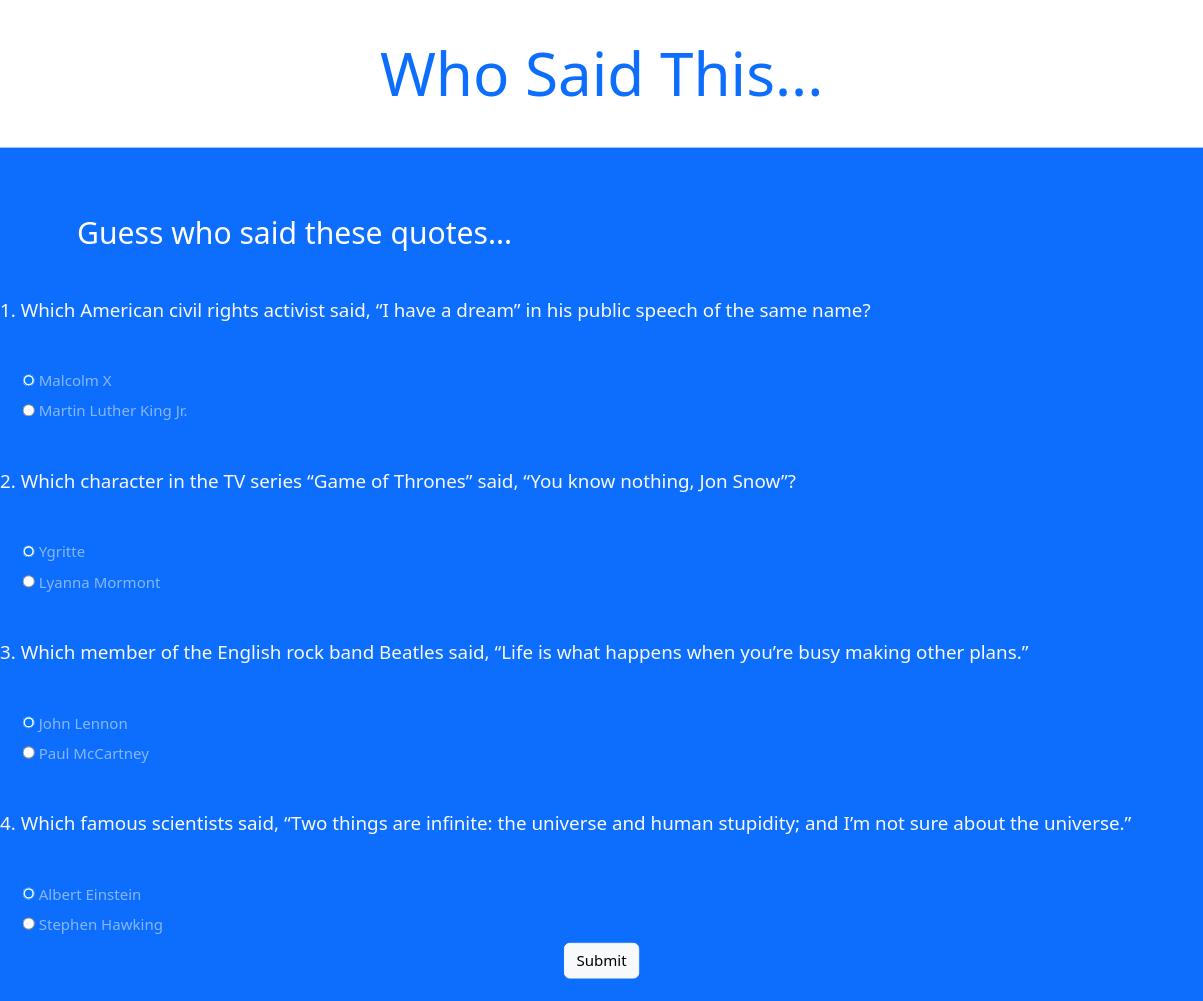
Repository: julihocc/netninja-quiz
Page: index.html
An editor plug-in stored every save of this project. The page is shown before and after a run of saves, followed by the edit.
The browser window is 1280 px wide. The pictures show the whole page, at 94% of full size.

Above is the page before, as saved 2022-09-27 19:39:27.

### index.html
<!DOCTYPE html>
<html lang="en">

<head>
    <meta charset="UTF-8">
    <meta http-equiv="X-UA-Compatible" content="IE=edge">
    <meta name="viewport" content="width=device-width, initial-scale=1.0">

    <!-- CSS only -->
    <link href="https://cdn.jsdelivr.net/npm/bootstrap@5.2.1/dist/css/bootstrap.min.css" rel="stylesheet"
        integrity="sha384-iYQeCzEYFbKjA/T2uDLTpkwGzCiq6soy8tYaI1GyVh/UjpbCx/TYkiZhlZB6+fzT" crossorigin="anonymous">

    <title>Who Said It...</title>
</head>

<body>

    <div class="intro py-3 bg-white text-center">
        <div class="container">
            <h2 class="text-primary display-3 my-4">
                Who Said This...
            </h2>
        </div>
    </div>

    <div class="quiz py-4 bg-primary">
        <div class="container lead">
            <h2 class="my-5 text-white">
                Guess who said these quotes...
            </h2>
        </div>


        <form class="text-light" id="quiz-form">

            <!-- question #1 -->
            <div class="my-5">
                <p class="lead font-weight-normal">
                    1. Which American civil rights activist said, “I have a dream” in his public speech of the same
                    name?
                </p>
            </div>
            <div class="form-check my-2 text-white-50" >
                <input type="radio" name="q1" value="A" id="q11" checked> <label class="form-check-label" for="q11">Malcolm X</label>
            </div>
            <div class="form-check my-2 text-white-50">
                <input type="radio" name="q1" value="B" id="q12"> <label class="form-check-label" for="q12">Martin Luther King Jr.</label>
            </div>

            <!-- question #2 -->
            <div class="my-5">
                <p class="lead font-weight-normal">
                    2. Which character in the TV series “Game of Thrones” said,
                            “You know nothing, Jon Snow”?
                </p>
            </div>
            <div class="form-check my-2 text-white-50">
                <input type="radio" name="q2" value="A" checked> <label class="form-check-label">Ygritte</label>
            </div>
            <div class="form-check my-2 text-white-50">
                <input type="radio" name="q2" value="B"> <label class="form-check-label">Lyanna Mormont</label>
            </div>

            <!-- question #3 -->
            <div class="my-5">
                <p class="lead font-weight-normal"> 3. Which member of the English rock band Beatles said, “Life
                    is what happens when you’re busy making other plans.”
                </p>
            </div>
            <div class="form-check my-2 text-white-50">
                <input type="radio" name="q3" value="A" checked> <label class="form-check-label">  John Lennon</label>
            </div>
            <div class="form-check my-2 text-white-50">
                <input type="radio" name="q3" value="B"> <label class="form-check-label">  Paul McCartney</label>
            </div>

            <!-- question #4 -->
            <div class="my-5">
                <p class="lead font-weight-normal"> 4. Which famous scientists said, “Two things are infinite:
                    the universe and human stupidity; and I’m not sure about the universe.”
                </p>
            </div>
            <div class="form-check my-2 text-white-50">
                <input type="radio" name="q4" value="A" checked> <label class="form-check-label">  Albert Einstein</label>
            </div>
            <div class="form-check my-2 text-white-50">
                <input type="radio" name="q4" value="B"> <label class="form-check-label">   Stephen Hawking</label>
            </div>

            <div class="text-center">
                <input type="submit" class="btn btn-light">
            </div>

        </form>

    </div>

    <script src="app.js"></script>
</body>

</html>

### app.js
const correctAnswers = ['B', 'A', 'A', 'A'];

const form = document.getElementById('quiz-form');

form.addEventListener('submit', e => {

    e.preventDefault() ;

    let score = 0;

    const userAnswers = [form.q1.value, form.q2.value, form.q3.value, form.q4.value]

    userAnswers.forEach((answer, index) => {
        if(answer === correctAnswers[index]){
            score += 25;
        }
    })

    console.log(score);

})

After the next 3 saves:
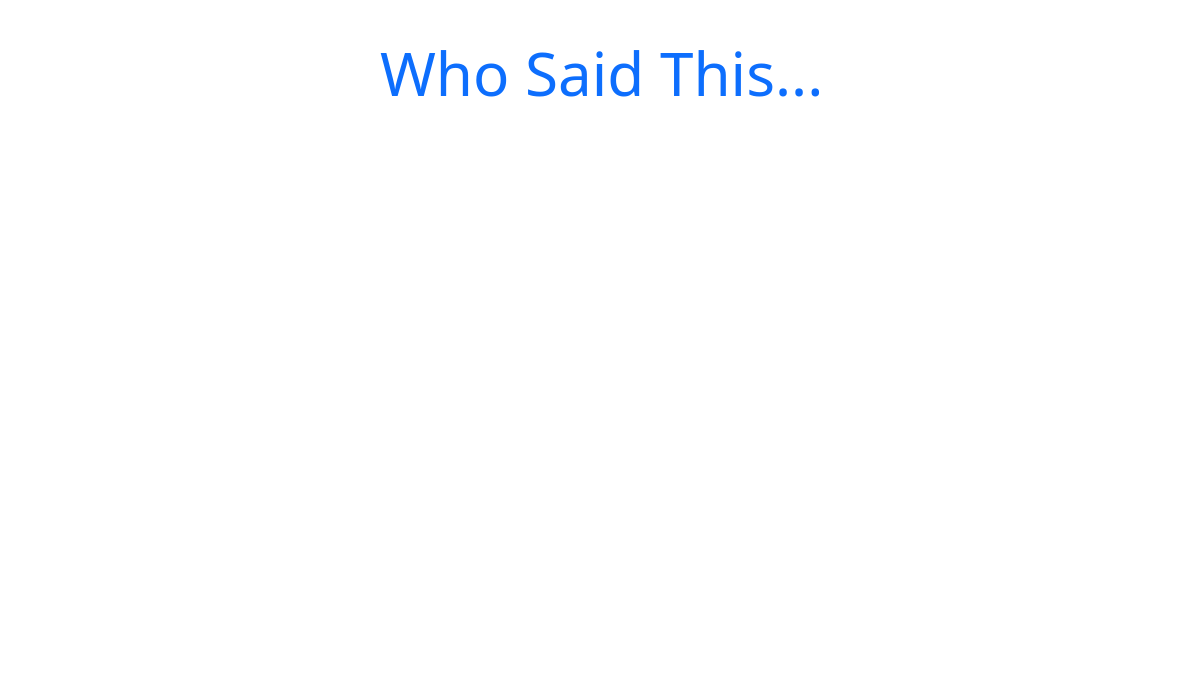
The 3 saves are shown as one change because they came seconds apart.
The last was saved 77 s later.
--- a/index.html
+++ b/index.html
@@ -22,6 +22,16 @@
             </h2>
         </div>
     </div>
+
+
+    <!-- step 3.1 result section  -->
+    <div class="result py-4 d-none bg-light text-center">
+        <div class="container lead">
+            <p>
+                You are <span class="text-primary display-4 p-3">0%</span> quotation master.
+            </p>
+        </div>
+
 
     <div class="quiz py-4 bg-primary">
         <div class="container lead">

After the 2 saves that followed:
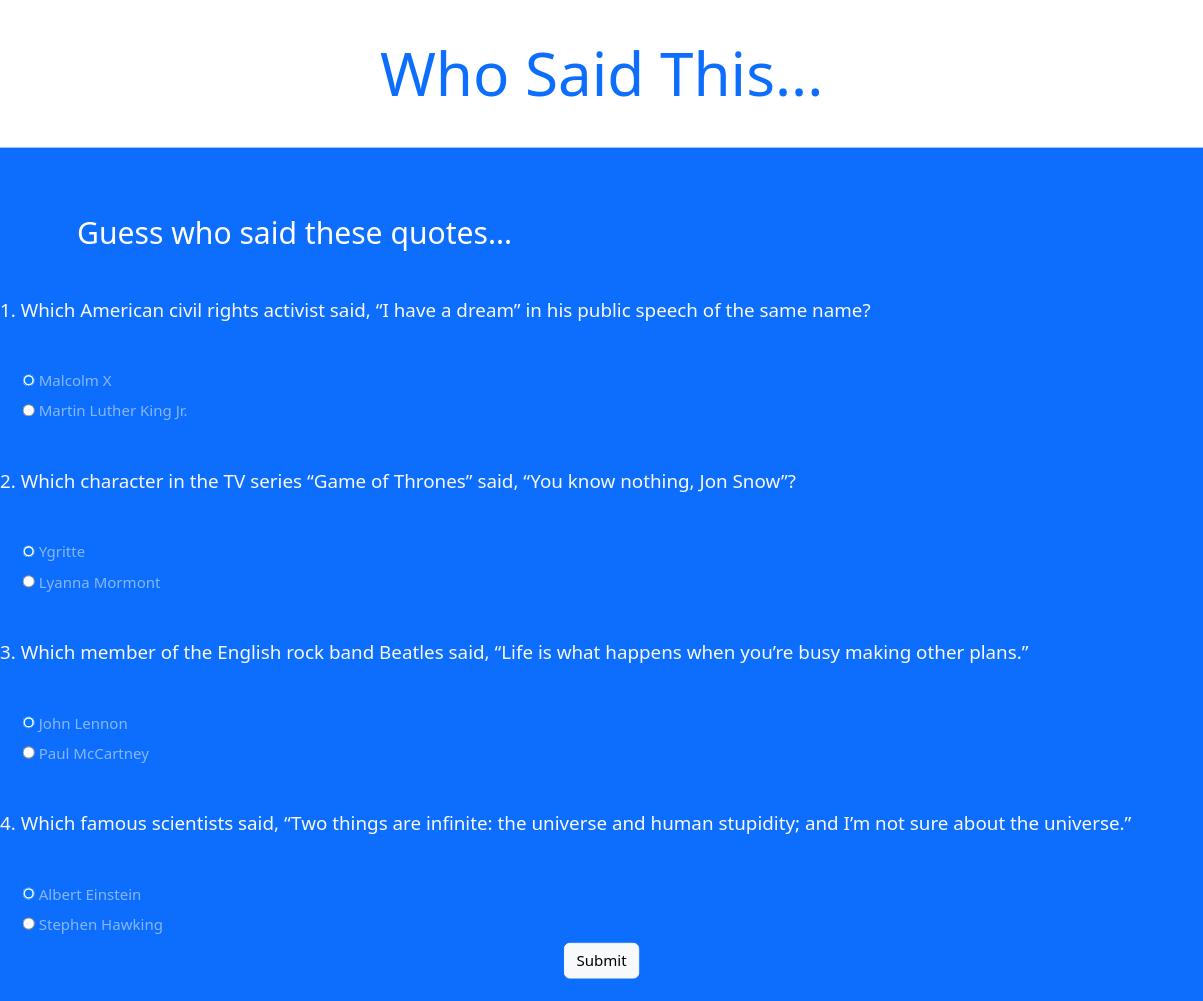
The 2 saves are shown as one change because they came seconds apart.
The last was saved 12 s later.
--- a/index.html
+++ b/index.html
@@ -31,6 +31,7 @@
                 You are <span class="text-primary display-4 p-3">0%</span> quotation master.
             </p>
         </div>
+    </div>
 
 
     <div class="quiz py-4 bg-primary">
